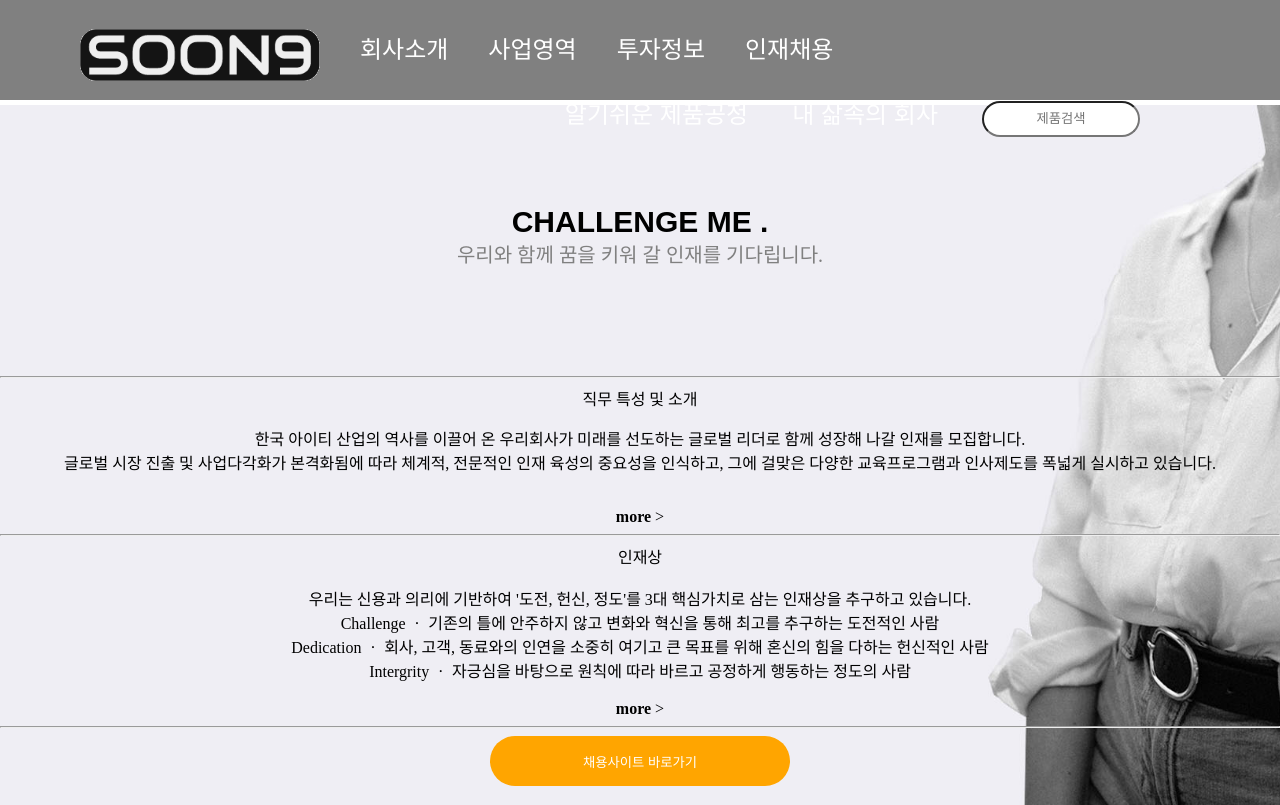
Repository: golddrone7/front
Page: soon9/src/main/webapp/index.html
An editor plug-in stored every save of this project. The page is shown before and after the next save, followed by the edit.
The browser window is 1280 px wide. The pictures show the whole page.

Above is the page before, as saved 2023-03-02 02:41:53.

After the next save:
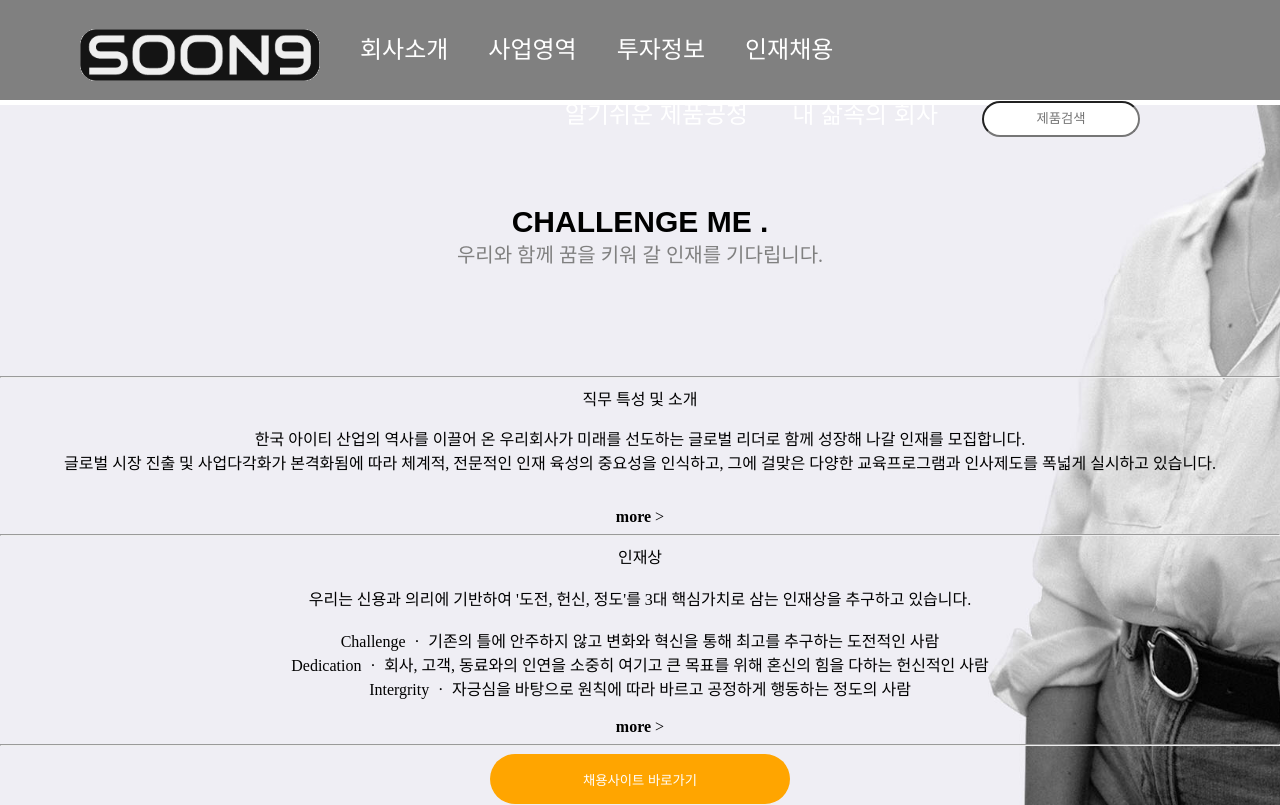
Saved 41 s later.
--- a/soon9/src/main/webapp/index.html
+++ b/soon9/src/main/webapp/index.html
@@ -45,7 +45,7 @@
 
 		인재상
 		<br><br>
-		우리는 신용과 의리에 기반하여 '도전, 헌신, 정도'를 3대 핵심가치로 삼는 인재상을 추구하고 있습니다.<br>
+		우리는 신용과 의리에 기반하여 '도전, 헌신, 정도'를 3대 핵심가치로 삼는 인재상을 추구하고 있습니다.<br><br>
 		Challenge ㆍ 기존의 틀에 안주하지 않고 변화와 혁신을 통해 최고를 추구하는 도전적인 사람<br>
 		Dedication ㆍ 회사, 고객, 동료와의 인연을 소중히 여기고 큰 목표를 위해 혼신의 힘을 다하는 헌신적인 사람<br>
 		Intergrity ㆍ 자긍심을 바탕으로 원칙에 따라 바르고 공정하게 행동하는 정도의 사람
